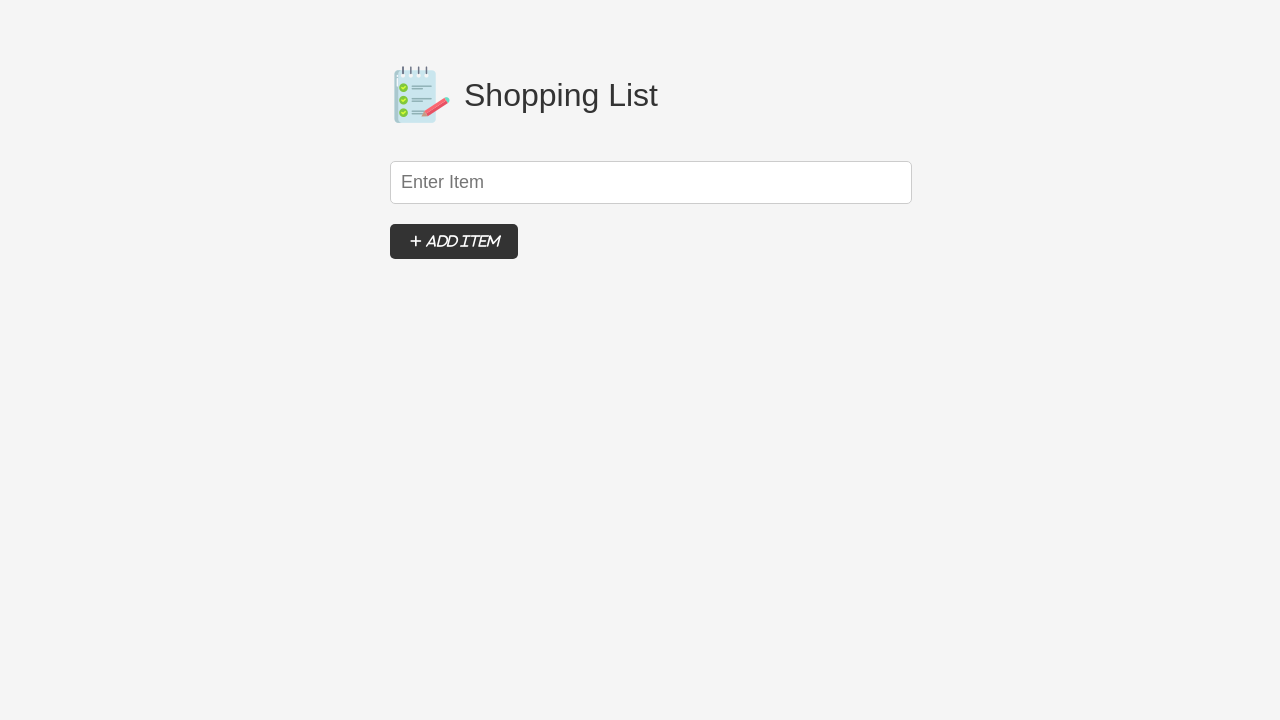
Repository: klaus0005/shopping-list
Page: index.html
These files come from the project's save history. The page is drawn as it stood at one moment and after the next save; the edit follows.
The browser window is 1280 px wide. The pictures show the whole page.
Some web libraries are served in a nearby version.

Above is the page before, as saved 2024-06-26 22:37:00.

### index.html
<!DOCTYPE html>
<html lang="en">

    <head>
        <meta charset="UTF-8" />
        <meta http-equiv="X-UA-Compatible" content="IE=edge" />
        <meta name="viewport" content="width=device-width, initial-scale=1.0" />
        <link rel="stylesheet" href="https://cdnjs.cloudflare.com/ajax/libs/font-awesome/6.1.2/css/all.min.css"
            integrity="sha512-1sCRPdkRXhBV2PBLUdRb4tMg1w2YPf37qatUFeS7zlBy7jJI8Lf4VHwWfZZfpXtYSLy85pkm9GaYVYMfw5BC1A=="
            crossorigin="anonymous" referrerpolicy="no-referrer" />
        <link rel="stylesheet" href="style.css" />
        <title>Shopping List</title>
    </head>

    <body>
        <div class="container">
            <header>
                <img src="images/note.png" alt="" />
                <h1>Shopping List</h1>
            </header>
            <form id="item-form">
                <div class="form-control">
                    <input type="text" class="form-input" id="item-input" name="item" placeholder="Enter Item" />
                </div>
                <div class="form-control">
                    <button type="submit" class="btn">
                        <i class="fa-solid fa-plus"></i> Add Item
                    </button>
                </div>
            </form>

            <div class="filter">
                <input type="text" class="form-input-filter" id="filter" placeholder="Filter Items" />
            </div>

            <ul id="item-list" class="items">
                <!-- <li>
          Apples
          <button class="remove-item btn-link text-red">
            <i class="fa-solid fa-xmark"></i>
          </button>
        </li>
        <li>
          Orange Juice
          <button class="remove-item btn-link text-red">
            <i class="fa-solid fa-xmark"></i>
          </button>
        </li>
        <li>
          Eggs
          <button class="remove-item btn-link text-red">
            <i class="fa-solid fa-xmark"></i>
          </button>
        </li>
        <li>
          Milk
          <button class="remove-item btn-link text-red">
            <i class="fa-solid fa-xmark"></i>
          </button>
        </li>
        <li>
          Eggnog
          <button class="remove-item btn-link text-red">
            <i class="fa-solid fa-xmark"></i>
          </button>
        </li> -->
            </ul>

            <button id="clear" class="btn-clear">Clear All</button>
        </div>

        <script src="script.js"></script>
    </body>

</html>

### style.css
git add .
@import url('https://fonts.googleapis.com/css2?family=Poppins:wght@300;400;700&display=swap');

*,
*::before,
*::after {
  margin: 0;
  padding: 0;
  box-sizing: border-box;
}

body {
  font-family: 'Poppins', sans-serif;
  font-size: 16px;
  line-height: 1.5;
  color: #333;
  background-color: #f5f5f5;
}

header {
  display: flex;
  justify-content: flex-start;
  align-items: center;
  margin-bottom: 20px;
}

header h1 {
  font-weight: 300;
  margin-left: 10px;
}

.container {
  max-width: 500px;
  margin: 30px auto;
  padding: 20px;
}

.edit-mode {
  color: #ccc;
}

/* Form & Input */
.form-input {
  width: 100%;
  font-size: 18px;
  margin-bottom: 20px;
  padding: 10px;
  border: 1px solid #ccc;
  border-radius: 5px;
  outline: none;
}

.form-input-filter {
  margin-top: 20px;
  width: 100%;
  font-size: 18px;
  margin-bottom: 20px;
  padding: 10px;
  border: none;
  border-bottom: 1px solid #ccc;
  background: transparent;
  outline: none;
}

/* Buttons */
.btn {
  background-color: #333;
  color: #fff;
  border: none;
  border-radius: 5px;
  padding: 10px 20px;
  cursor: pointer;
}

.btn:hover {
  background-color: #444;
}

.btn-link {
  font-size: 16px;
  background-color: transparent;
  color: #333;
  border: none;
  padding: 0;
  cursor: pointer;
}

.btn-clear {
  margin-top: 20px;
  width: 100%;
  font-size: 16px;
  background-color: transparent;
  color: #333;
  border: 1px solid #ccc;
  border-radius: 5px;
  padding: 10px 20px;
  cursor: pointer;
}

.btn-clear:hover {
  background-color: #f1f1f1;
}

.text-red {
  color: red;
}

/* Items */

.items {
  margin-top: 20px;
  display: flex;
  flex-wrap: wrap;
}

.items li {
  display: flex;
  justify-content: space-between;
  width: 45%;
  border: 1px solid #ccc;
  border-radius: 5px;
  padding: 10px 15px;
  margin: 0 5px 20px;
  font-weight: 700;
  cursor: pointer;
}

@media (max-width: 500px) {
  .items li {
    width: 100%;
  }
}

### script.js
const itemForm = document.getElementById('item-form');
const itemInput = document.getElementById('item-input');
const itemList = document.getElementById('item-list');
const clearBtn = document.getElementById('clear');
const itemFilter = document.getElementById('filter');
const formBtn = itemForm.querySelector('button');
let isEditMode = false;

function displayItems() {
  const itemsFromStorage = getItemsFromStorage();
  itemsFromStorage.forEach((item) => addItemToDOM(item));
  checkUI();
}

function onAddItemSubmit(e) {
  e.preventDefault();
  const newItem = itemInput.value;

  //Validate input
  if (newItem === '') {
    alert('Please add an item');
    return;
  }

  //Check for edit mode
  if (isEditMode) {
    const itemToEdit = itemList.querySelector('.edit-mode');

    removeItemFromStorage(itemToEdit.textContent);
    itemToEdit.classList.remove('.edit-mode');
    itemToEdit.remove();
    isEditMode = false;
  } else {
    if (checkIfItemExist(newItem)) {
      alert('That item already exists!');
      return;
    }
  }

  //Create item to DOM element
  addItemToDOM(newItem);

  //Add item to local storage
  addItemToStorage(newItem);

  checkUI();

  itemInput.value = '';
}

function addItemToDOM(item) {
  //Create list item
  const li = document.createElement('li');
  li.appendChild(document.createTextNode(item));

  const button = createButton('remove-item btn-link text-red');
  li.appendChild(button);

  // Add li to the DOM
  itemList.appendChild(li);
}

function createButton(classes) {
  const button = document.createElement('button');
  button.className = classes;
  const icon = createIcon('fa-solid fa-xmark');
  button.appendChild(icon);
  return button;
}

function createIcon(classes) {
  const icon = document.createElement('i');
  icon.className = classes;
  return icon;
}

function addItemToStorage(item) {
  const itemsFromStorage = getItemsFromStorage();

  // Add new item to an array
  itemsFromStorage.push(item);

  //convert to JSON string and set to local storage
  localStorage.setItem('items', JSON.stringify(itemsFromStorage));
}

function getItemsFromStorage() {
  let itemsFromStorage;

  if (localStorage.getItem('items') === null) {
    itemsFromStorage = [];
  } else {
    itemsFromStorage = JSON.parse(localStorage.getItem('items'));
  }

  return itemsFromStorage;
}

function onClickItem(e) {
  if (e.target.parentElement.classList.contains('remove-item')) {
    removeItem(e.target.parentElement.parentElement);
  } else {
    setItemToEdit(e.target);
  }
}

function checkIfItemExist(item) {
  const itemsFromStorage = getItemsFromStorage();
  return itemsFromStorage.includes(item);
}

function setItemToEdit(item) {
  isEditMode = true;

  itemList
    .querySelectorAll('li')
    .forEach((i) => i.classList.remove('edit-mode'));

  item.classList.add('edit-mode');
  formBtn.innerHTML = '<i class="fa-solid fa-pen"></i>   Update Item';
  itemInput.value = item.textContent;
  formBtn.style.backgroundColor = '#228B22';
}

function removeItem(item) {
  if (confirm('Are you sure')) {
    //Remove item from DOM
    item.remove();

    //Remove item from storage
    removeItemFromStorage(item.textContent);

    checkUI();
  }
}

function removeItemFromStorage(item) {
  let itemsFromStorage = getItemsFromStorage();
  //Filter out item to be removed

  itemsFromStorage = itemsFromStorage.filter((i) => i !== item);

  //re-set to local storage
  localStorage.setItem('items', JSON.stringify(itemsFromStorage));
}

function clearItems() {
  while (itemList.firstChild) {
    itemList.removeChild(itemList.firstChild);
  }

  //Clear from localStorage
  localStorage.removeItem('items');
  checkUI();
}

function filterItems(e) {
  const items = itemList.querySelectorAll('li');
  const text = e.target.value.toLowerCase();
  items.forEach((item) => {
    const itemName = item.firstChild.textContent.toLowerCase();
    if (itemName.indexOf(text) != -1) {
      item.style.display = 'flex';
    } else {
      item.style.display = 'none';
    }
  });
}

function checkUI() {
  itemInput.value = '';

  const items = itemList.querySelectorAll('li');
  if (items.length === 0) {
    clearBtn.style.display = 'none';
    itemFilter.style.display = 'none';
  } else {
    clearBtn.style.display = 'block';
    itemFilter.style.display = 'block';
  }

  formBtn.innerHTML = '<i class="fa-solid fa-plus"><i> Add item';
  formBtn.classList.add('btn');

  isEditMode = false;
}

//Initialize app
function init() {
  // Event listeners
  itemForm.addEventListener('submit', onAddItemSubmit);
  itemList.addEventListener('click', onClickItem);
  clearBtn.addEventListener('click', clearItems);
  itemFilter.addEventListener('input', filterItems);
  document.addEventListener('DOMContentLoaded', displayItems);

  checkUI();
}
init();

After the next save:
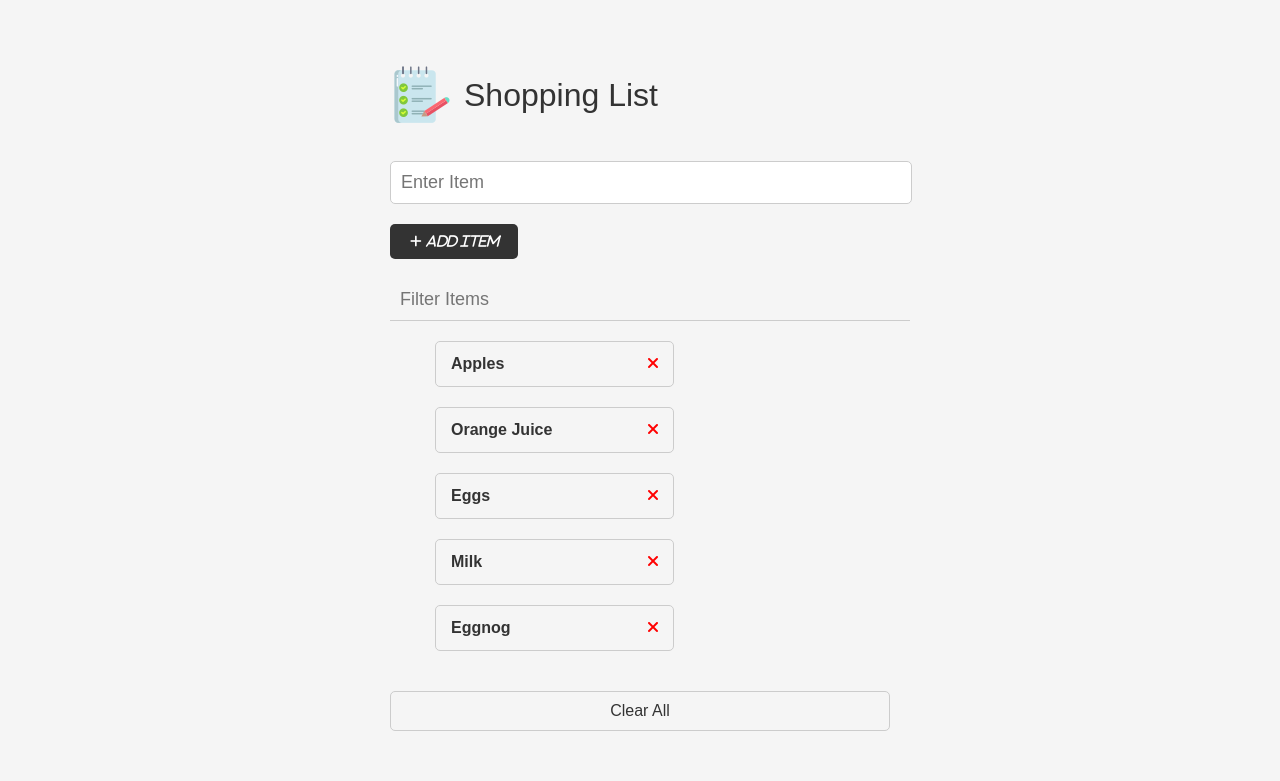
Saved 52 min 19 s later.
--- a/index.html
+++ b/index.html
@@ -34,7 +34,7 @@
             </div>
 
             <ul id="item-list" class="items">
-                <!-- <li>
+                <li>
           Apples
           <button class="remove-item btn-link text-red">
             <i class="fa-solid fa-xmark"></i>
@@ -63,7 +63,7 @@
           <button class="remove-item btn-link text-red">
             <i class="fa-solid fa-xmark"></i>
           </button>
-        </li> -->
+        </li>
             </ul>
 
             <button id="clear" class="btn-clear">Clear All</button>
